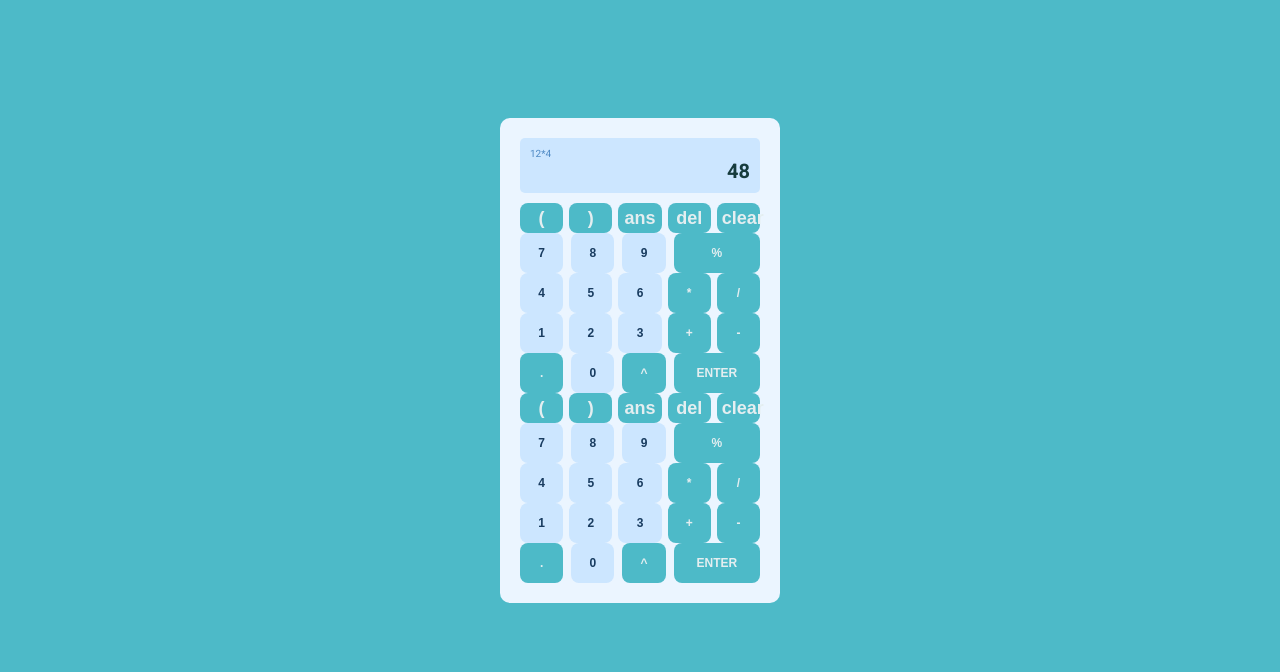
Repository: Herinyhert/Calculate-infix-a-postfix
Page: index.html
The author's editor kept a copy of each file at every save. The page is drawn from the files as they stood at one save, then again after the next save.
The browser window is 1280 px wide. The pictures show the whole page.

Above is the page before, as saved 2023-11-02 19:56:02.

After the next save:
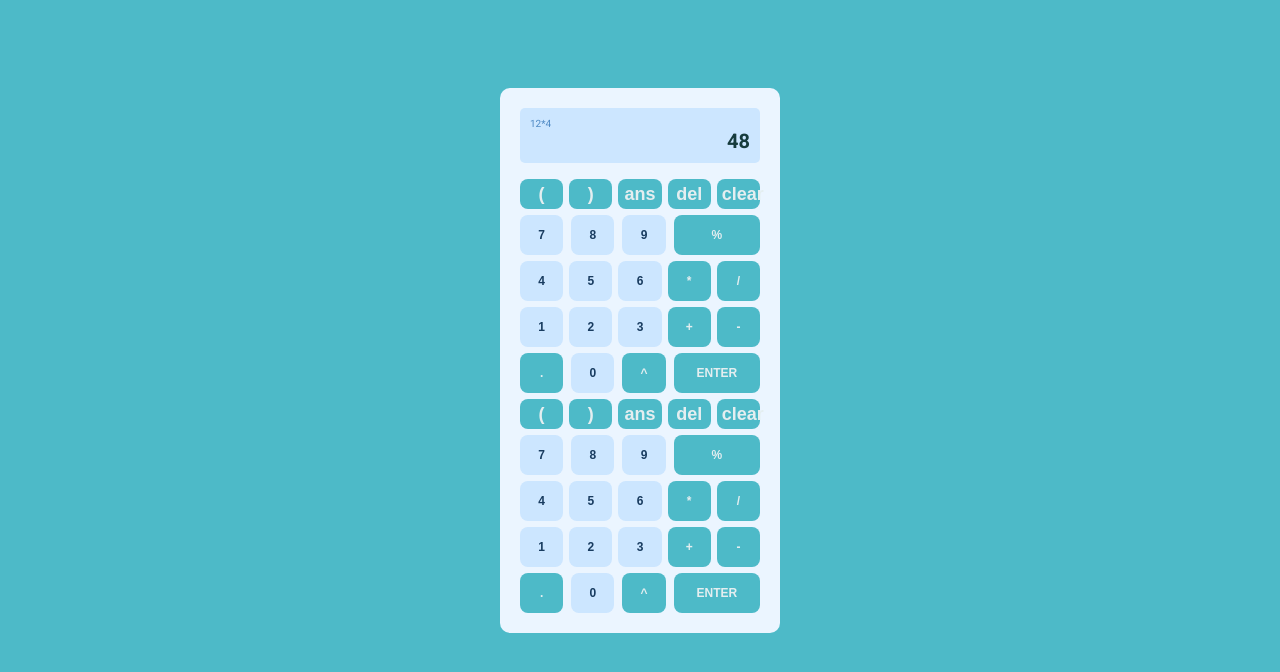
Saved 4 s later.
--- a/css/index.css
+++ b/css/index.css
@@ -48,7 +48,7 @@ body {
   color: #193c60;
   font-weight: bold;
   font-size: 12px;
-  mar
+  margin-top: 6px;
 }
 .dark {
   background-color: #4dbac8;
